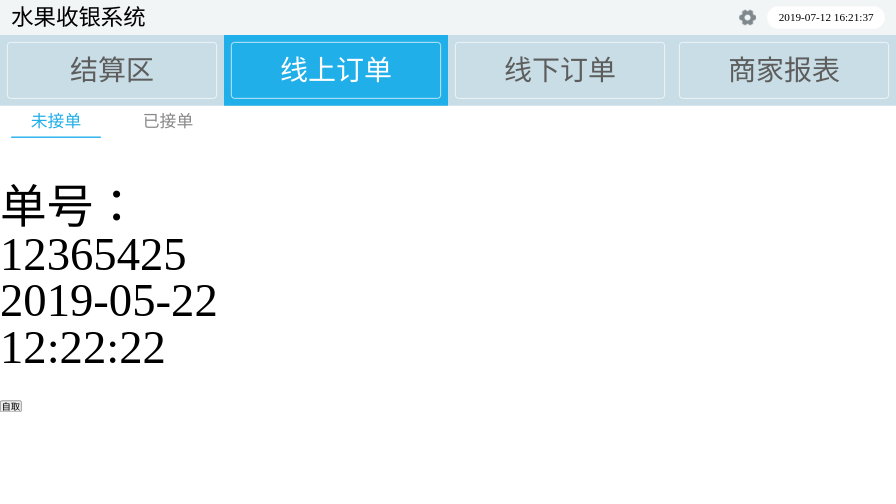
Repository: missing-star/fruit
Page: index.html
An editor plug-in stored every save of this project. The page is shown before and after the next save, followed by the edit.
The browser window is 1280 px wide. The pictures show the part of the page from y = 0 to 1920 px (the page is 720 px tall before and 13497 px after), at 70% of full size.

Above is the page before, as saved 2019-07-12 16:24:15.

After the next save:
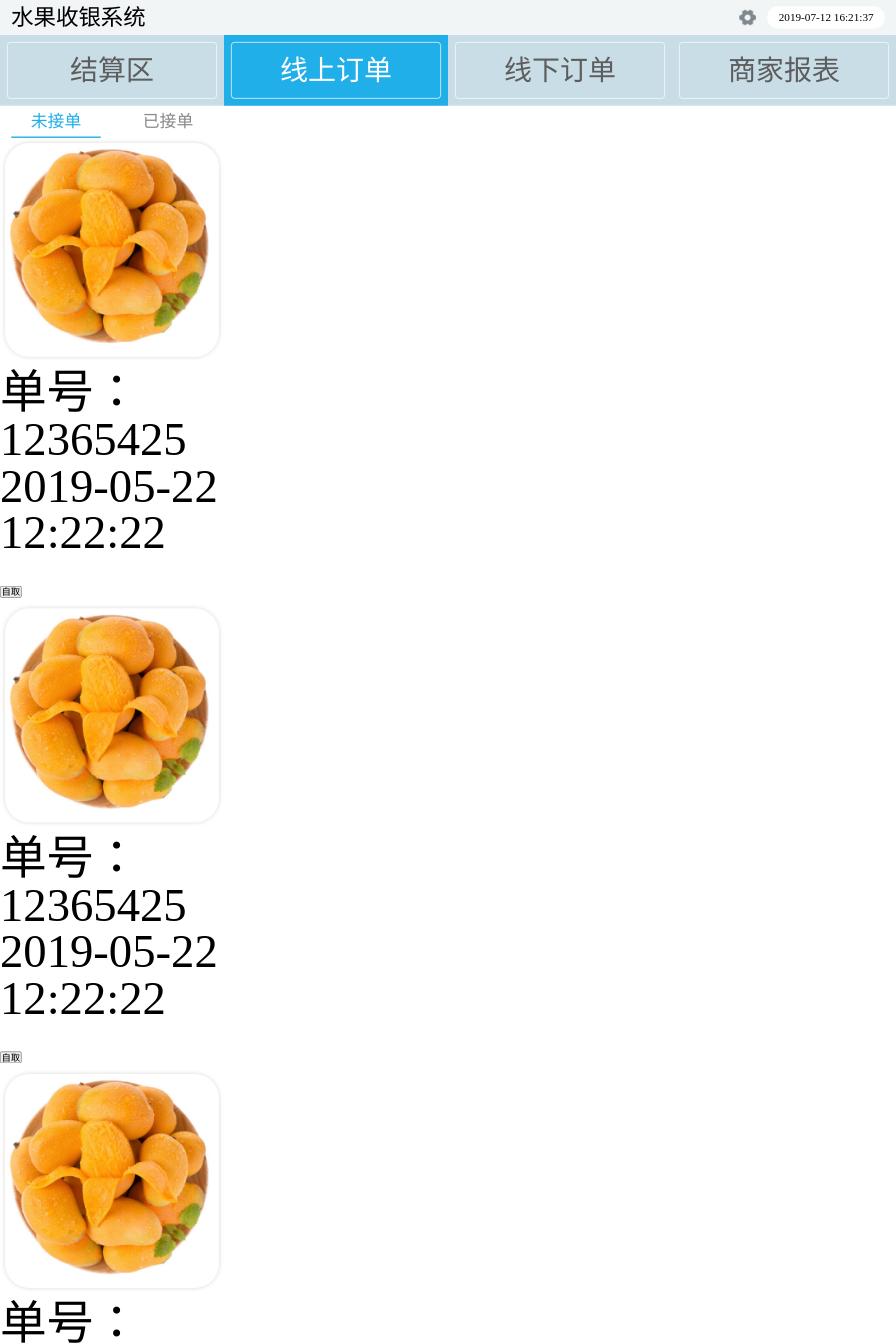
Saved 16 s later.
--- a/index.html
+++ b/index.html
@@ -104,8 +104,8 @@
                 </ul>
                 <div class="order-list-wrapper">
                     <ul v-show="onlineCurrentIndex == 0" class="accept-wrapper">
-                        <li class="order-item">
-                            <img src="" alt="" class="goods-pic">
+                        <li v-for="n in 20" class="order-item">
+                            <img src="./images/goods.png" class="goods-pic">
                             <div class="order-detail">
                                 <p class="order-number">单号：12365425</p>
                                 <p class="order-date">2019-05-22 12:22:22</p>
